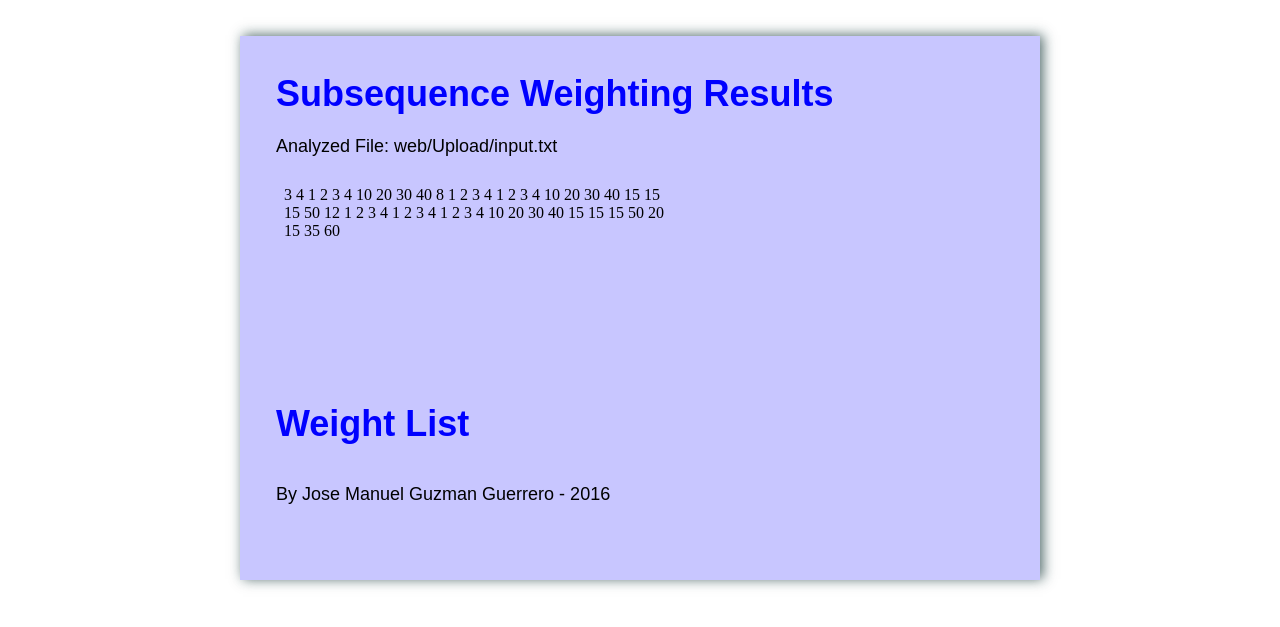
Repository: manolog8/subsequence
Page: src/SW/SubsequenceBundle/Resources/views/SubSequence/index.html.twig
The author's editor kept a record of every edit. The page is drawn from the files as they stood at one moment, then again after the next edit.
The browser window is 1280 px wide. The pictures show the whole page.
The page is a Twig template of a Symfony application; nobody is signed in and links lead nowhere. The template is opened directly, without the code that normally fills it, so the values that code supplies are empty.

Above is the page before.

After the next edit:
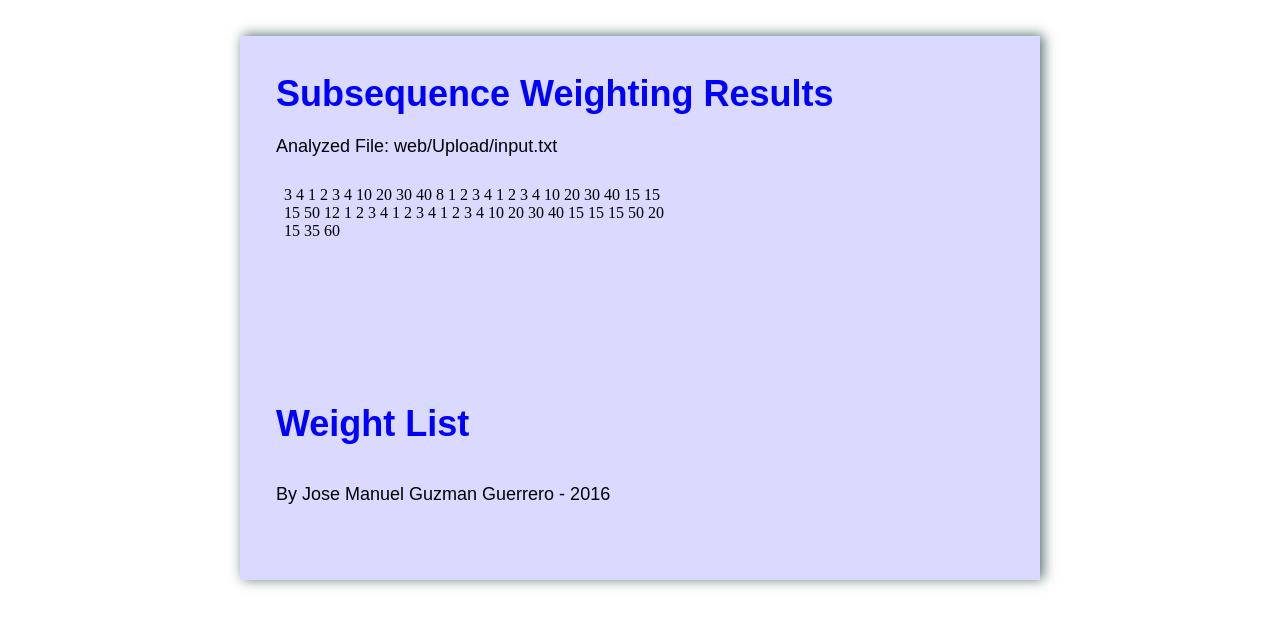
The edit:
--- a/src/SW/SubsequenceBundle/Resources/views/SubSequence/index.html.twig
+++ b/src/SW/SubsequenceBundle/Resources/views/SubSequence/index.html.twig
@@ -40,7 +40,7 @@
     a { color: #0000F0; }
     a:hover { text-decoration: none; }
     strong { color: Red; }
-    #wrapper { background: #C8C6FF; margin: 1em auto; max-width: 800px; width: 95%; }
+    #wrapper { background: #DAD9FF; margin: 1em auto; max-width: 800px; width: 95%; }
     #container { padding: 2em; box-shadow:  3px -1px 12px 0px rgba(14, 50, 50, 0.72);}
     #welcome, #status { margin-bottom: 2em; }
     #welcome h1 span { display: block; font-size: 75%; }
